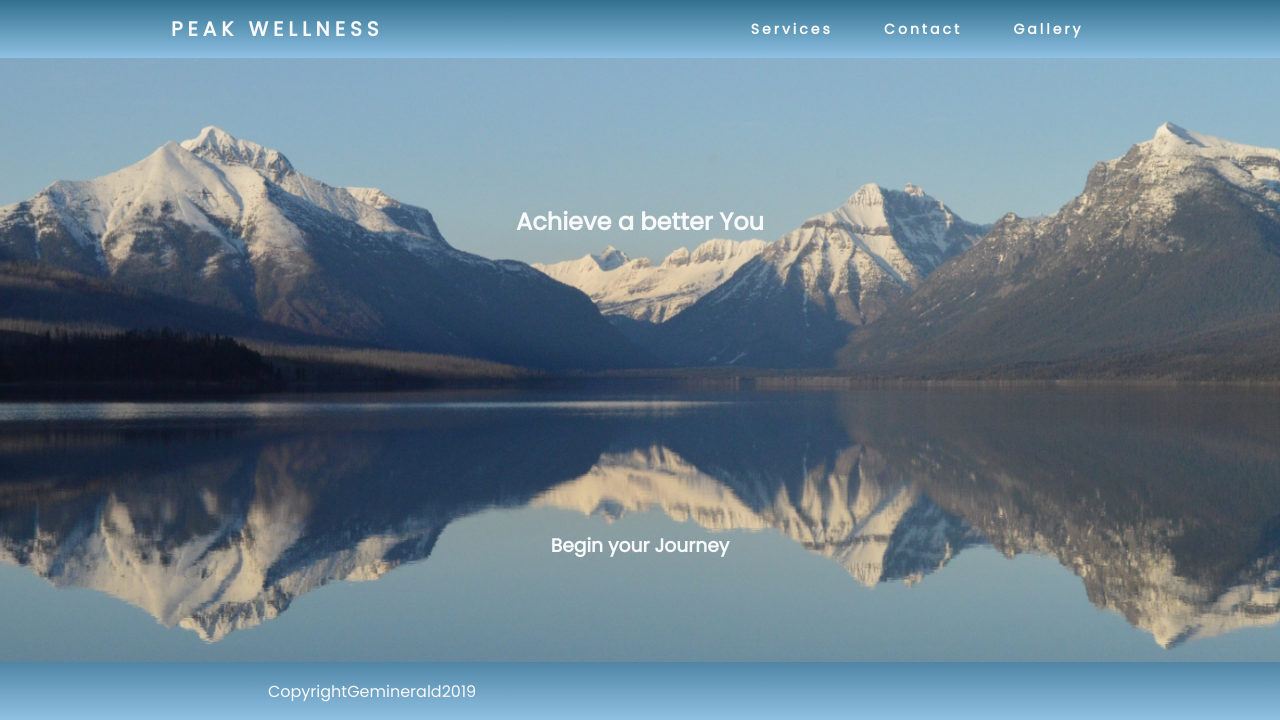
Repository: geminerald/peakwellness
Page: index.html
The author's editor kept a record of every edit. The page is drawn from the files as they stood at one moment, then again after the next edit.
The browser window is 1280 px wide. The pictures show the whole page.

Above is the page before.

### index.html
<!DOCTYPE html>
<html lang="en">

<head>
    <meta charset="UTF-8">
    <meta name="viewport" content="width=device-width, initial-scale=1.0, maximum-scale=1.0, user-scalable=0">
    <meta http-equiv="X-UA-Compatible" content="ie=edge">
    <link rel="stylesheet" href="assets/style.css" type="text/css" />
    <link href="https://fonts.googleapis.com/css?family=Poppins&display=swap" rel="stylesheet">
    <title>Peak Wellness</title>
    <link rel="icon" href="./images/peak-icon.png">
</head>

<body>
    <nav>
        <div class="logo">
            <h4><a href="index.html">Peak Wellness</h4></a>
        </div>
        <ul class="nav-links">
            <li>
                <a href="services.html">Services</a>
            </li>
            <li>
                <a href="contact.html">Contact</a>
            </li>
            <li>
                <a href="gallery.html">Gallery</a>
            </li>

        </ul>
        <div class="burger">
            <div class="line1"></div>
            <div class="line2"></div>
            <div class="line3"></div>
        </div>
    </nav>
    <section>
        <div class="home-container">
            <h2>Achieve a better You</h2>
            <a href="services.html">
                <h3>Begin your Journey</h3>
            </a>
        </div>
    </section>
    <footer>
        <div class="f-item">
            Copyright <a href="#">Geminerald</a> 2019
        </div>
        <div class="f-item"></div>
        <div class="f-item"></div>
    </footer>
    <script src="./assets/nav.js"></script>
</body>

</html>

### assets/style.css
* {
    margin: 0;
    padding: 0;
    box-sizing: border-box;
}

body {
    font-family: 'Poppins', sans-serif;
    color: #f7f9fb;
}

a {
    text-decoration: none;
    color: #f7f9fb;
}

/*----------------------------------------------------------------Colours

Grey/Green: #687864
Dark Blue: #31708e
Medium Blue: #5085a5
Light Blue: #8fc1e3
White: #f7f9fb

Colours from: https://visme.co/blog/website-color-schemes/

*/

/*----------------------------------------------------------------Nav*/

/*Nav Elements inspired by Dev Ed:

https://www.youtube.com/watch?v=gXkqy0b4M5g

*/

nav {
    display: flex;
    justify-content: space-around;
    align-items: center;
    min-height: 8vh;
    background: linear-gradient(180deg, #31708E 0%, #8FC1E3 100%);

}

.logo {
    color: #fafafa;
    text-transform: uppercase;
    letter-spacing: 5px;
    font-size: 20px;

}

.nav-links {
    display: flex;
    width: 30%;
    justify-content: space-around;

}

.nav-links li {
    list-style: none;
}

.nav-links a {
    color: #fafafa;
    text-decoration: none;
    letter-spacing: 3px;
    font-weight: bold;
    font-size: 14px;

}

.burger {
    display: none;
    cursor: pointer;
}

.burger div {
    width: 25px;
    height: 3px;
    background-color: #fafafa;
    margin: 5px;
    transition: all 0.3s ease;

}

@media screen and (max-width:1068px) {
    .nav-links {
        width: 50%;
    }
}

@media screen and (max-width:768px) {
    body {
        overflow-x: hidden;
    }

    .nav-links {
        position: absolute;
        ;
        right: 0px;
        height: 92vh;
        top: 8vh;
        background: linear-gradient(180deg, #31708E 0%, #8FC1E3 100%);
        display: flex;
        flex-direction: column;
        align-items: center;
        width: 75%;
        transform: translateX(100%);
        transition: transform 0.5s ease-in;
    }
    .nav-links li {
        opacity: 0;
    }
    .burger {
        display: block;
    }
}

.nav-active {
    transform: translateX(0%);
}

@keyframes navLinkFade {
    from {
        opacity: 0;
        transform: translateX(50px);
    }
    to {
        opacity: 1;
        transform: translateX(0px);
    }
}

.toggle .line1 {
    transform: rotate(-45deg) translate(-5px, 6px);
}

.toggle .line2 {
    opacity: 0;
}

.toggle .line3 {
    transform: rotate(45deg) translate(-5px, -6px);
}

/*----------------------------------------------------------------Nav*/

/*----------------------------------------------------------------Home*/

.home-container {
    background-image: url("../images/home-bg.jpg");
    background-repeat:no-repeat;
    background-position:center;
    background-size:cover;
    margin:auto;
    height:90vh;
    width:100%;
    display: flex;
    justify-content: space-around;
    align-items: center;
    flex-flow:column;
}

/*----------------------------------------------------------------Home*/

/*----------------------------------------------------------------Footer*/

footer {
    height: 8vh;
    width: 100%;
    position: absolute;
    bottom: 0;
    background: linear-gradient(180deg, #5085A5 0%, #8FC1E3 100%);
    display:flex;
    flex-direction:row;
    justify-content:space-evenly;
}

.f-item{
    display:flex;
    align-items:center;
    justify-content:space-evenly;
    flex-direction:row;
}

.social-links{
    display:flex;
    justify-content:space-between;
    list-style:none;
    width:100%;
}

.social-links li{

}

/*----------------------------------------------------------------Footer*/

### assets/nav.js
const navSlide = () => {
    const burger = document.querySelector('.burger');
    const nav = document.querySelector('.nav-links');
    const navLinks = document.querySelectorAll('.nav-links li');

    burger.addEventListener('click', () => {
        nav.classList.toggle('nav-active');
        navLinks.forEach((link, index) => {
            if (link.style.animation) {
                link.style.animation = '';
            } else {
                link.style.animation = `navLinkFade 0.5s ease forwards ${index/7 + 1}s`;
            }
        });
        burger.classList.toggle('toggle');
    });
}

navSlide();

After the next edit:
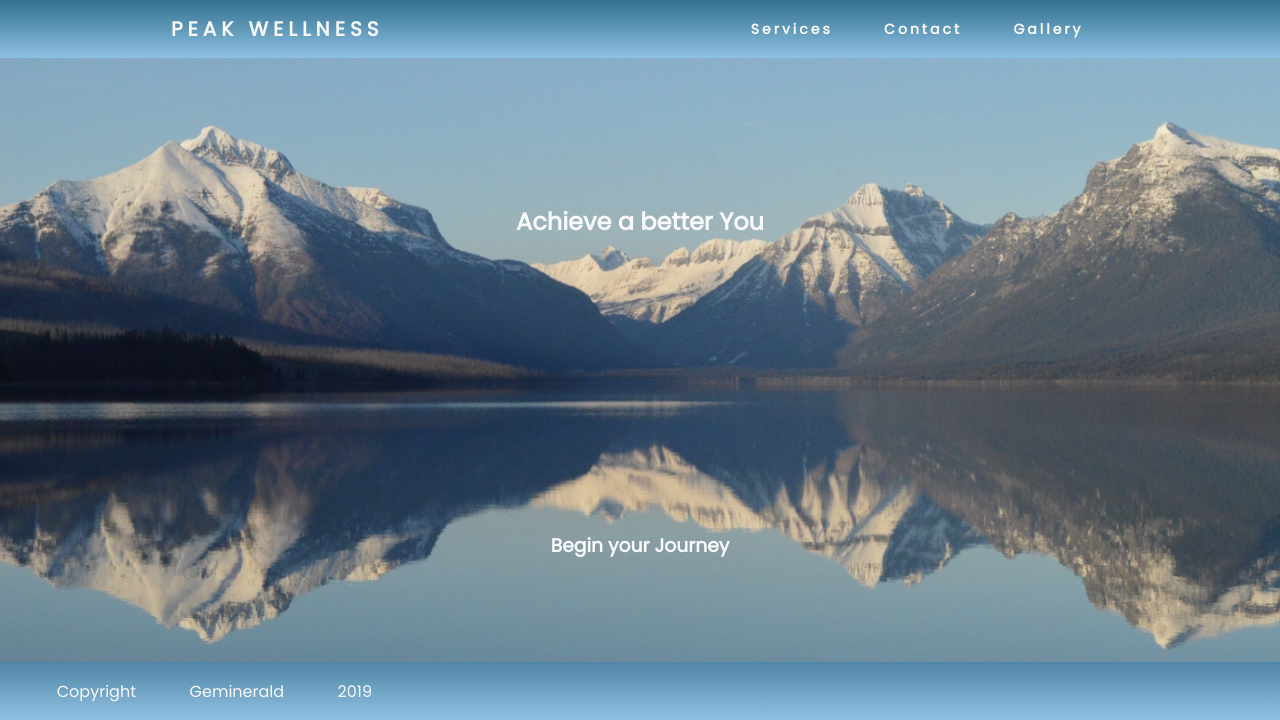
The edit:
--- a/assets/style.css
+++ b/assets/style.css
@@ -183,6 +183,7 @@
     align-items:center;
     justify-content:space-evenly;
     flex-direction:row;
+    width:33%;
 }
 
 .social-links{
